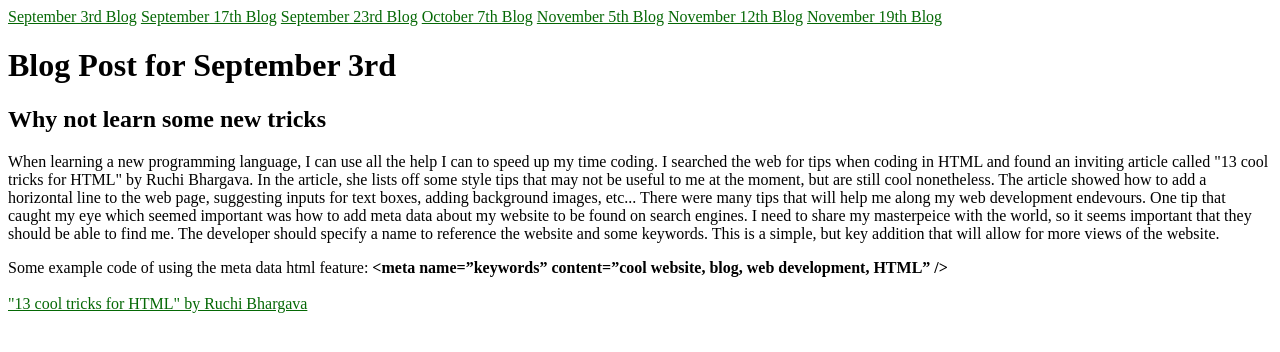
Repository: alharama/WebBlog
Page: index.html
The author's editor kept a copy of each file at every save. The page is drawn from the files as they stood at one save, then again after the next save.
The browser window is 1280 px wide. The pictures show the whole page.

Above is the page before, as saved 2021-12-02 22:19:36.

### index.html
<!DOCTYPE html>

<head>
    <a href="index.html"> September 3rd Blog</a>
        <a href="second_blog.html"> September 17th Blog</a>
        <a href="Sept_23.html"> September 23rd Blog</a>
        <a href="Oct_7.html"> October 7th Blog</a>
        <a href="Nov_5.html"> November 5th Blog</a>
        <a href="Nov_12.html"> November 12th Blog</a>
        <a href="Nov_19.html"> November 19th Blog</a>

        <title> September 3rd Blog</title>

    <style>

        a{
            text-decoration: underline;
            color: rgb(5, 104, 5)
        }
        a:visited{
            text-decoration: none;
        }
    </style>

    <title>Blog Post for September 3rd</title>

</head>
<html>

<header>
    <title>Blog Post for September 3rd</title>
</header>

<body>

    <h1>Blog Post for September 3rd</h1>
    <h2>Why not learn some new tricks</h2>
    <p>
        When learning a new programming language, I can use all the help I can to speed
        up my time coding. I searched the web for tips when coding in HTML and found an inviting
        article called "13 cool tricks for HTML" by Ruchi Bhargava. In the article, she lists off some style
        tips that may not be useful to me at the moment, but are still cool nonetheless. The article showed
        how to add a horizontal line to the web page, suggesting inputs for text boxes, adding background images,
        etc... There were many tips that will help me along my web development endevours.
        One tip that caught my eye which seemed important was how to add meta data about my website to be
        found on search engines. I need to share my masterpeice with the world, so it seems important that they
        should be able to find me. The developer should specify a name to reference the website and some keywords.
        This is a simple, but key addition that will allow for more views of the website.
    </p>

</body>




Some example code of using the meta data html feature:
    <b>&lt;meta name=”keywords” content=”cool website, blog, web development, HTML” /></b>



    <footer>
    </br>
        <a href="https://www.freelancer.com/articles/web-development/13-cool-tricks-for-html" target="_blank">"13 cool
            tricks for HTML" by Ruchi Bhargava</a>
    </footer>

</html>

After the next save:
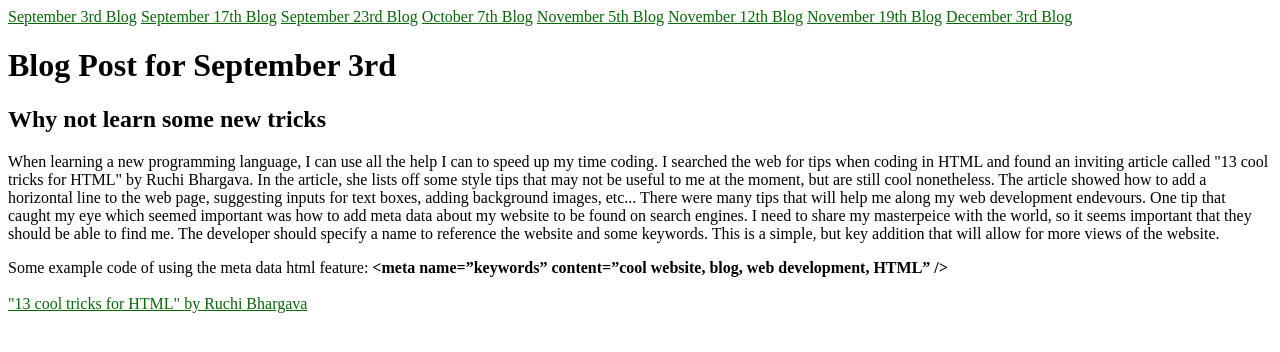
Saved 7 s later.
--- a/index.html
+++ b/index.html
@@ -2,12 +2,13 @@
 
 <head>
     <a href="index.html"> September 3rd Blog</a>
-        <a href="second_blog.html"> September 17th Blog</a>
-        <a href="Sept_23.html"> September 23rd Blog</a>
-        <a href="Oct_7.html"> October 7th Blog</a>
-        <a href="Nov_5.html"> November 5th Blog</a>
-        <a href="Nov_12.html"> November 12th Blog</a>
-        <a href="Nov_19.html"> November 19th Blog</a>
+    <a href="second_blog.html"> September 17th Blog</a>
+    <a href="Sept_23.html"> September 23rd Blog</a>
+    <a href="Oct_7.html"> October 7th Blog</a>
+    <a href="Nov_5.html"> November 5th Blog</a>
+    <a href="Nov_12.html"> November 12th Blog</a>
+    <a href="Nov_19.html"> November 19th Blog</a>
+    <a href="Dec_3rd.html"> December 3rd Blog</a>
 
         <title> September 3rd Blog</title>
 
